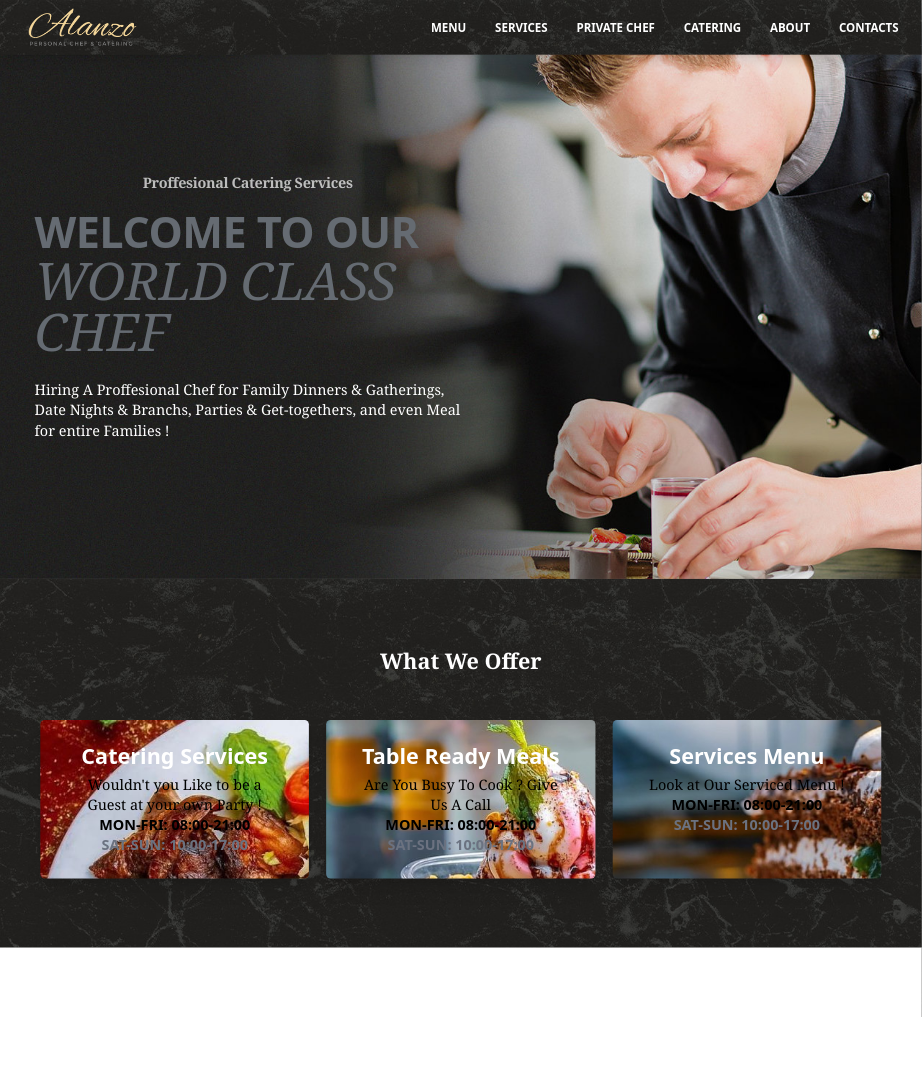
Repository: remydev47/alanzo
Page: /
The author's editor kept a copy of each file at every save. The page is drawn from the files as they stood at one save, then again after the next save.
The browser window is 1280 px wide. The pictures show the whole page, at 72% of full size.
The project was rebuilt for these pictures with package versions that can differ from the ones it lists, and the page was loaded fresh each time. The framework's server and built-in components were replaced by stand-ins that run in the browser. Also part of the build but not shown: next.config.js, components/Consulting.tsx, components/Catering.tsx, components/Menu.tsx, components/Testimonials.tsx, components/CTA.tsx, components/Footer.tsx.

Above is the page before, as saved 2022-12-17 12:20:16.

### pages/_app.tsx
import '../styles/globals.css'
import type { AppProps } from 'next/app'
import Navbar from '../components/Navbar'

function MyApp({ Component, pageProps }: AppProps) {
  return (
    <>

      <Component {...pageProps} />
    </>
  )
}

export default MyApp

### pages/index.tsx
import type { NextPage } from 'next'
import Head from 'next/head'
import Image from 'next/image'
import { Aboutus, Hero, Services } from '../components'
import Navbar from '../components/Navbar'


const Home: NextPage = () => {
  return (
    <div className="bg-[url('/images/bg_2.jpg')]">
      <Head>
        <title>Avantos</title>
        <link rel="icon" href="/favicon.ico" />
      </Head>
      <Navbar />
      <Hero />
      <Services />
      <Aboutus />

    </div>
  )
}

export default Home

### components/index.ts
import Hero from "./Hero";
import Services from "./Services";
import Aboutus from "./Aboutus";
import Consulting from "./Consulting";
import Catering from "./Catering";
import Menu from "./Menu";
import Testimonials from "./Testimonials";
import CTA from "./CTA";
import Footer from "./Footer";

export {
    Hero, Services, CTA, Catering, Consulting, Footer, Menu, Aboutus, Testimonials
}

### components/Navbar.tsx
import React from 'react';
import { navLinks } from '../constants';
import Menupopover from './Menupopover';
import Image from 'next/image';
import Logo from './Logo';
import { Button } from './Button';

const Navbar = () => {
  return (
    <header className="fixed inset-x-0 bg-[url('/images/bg_2.jpg')] z-20 flex justify-between items-center py-2 px-2 shadow-lg dark:bg-slate-900 sm:py-3 sm:px-8">
            <div className='flex grow-0 basis-1/3 md:hidden'>
                <Menupopover />
            </div>

             <div className='flex grow-0 ml-2 justify-center md:justify-start'>
                <Logo />

            </div>


            <ul className="list-none sm:flex hidden justify-end items-center flex-1">
            {navLinks.map((nav, index) => (
                <li
                key={nav.id}
                className={`font-bold cursor-pointer text-[16px]
                   ${index === navLinks.length - 1 ? 'mr-0' : 'mr-10'}
                  text-white `}
                >
                    <a>{nav.title}</a>
                </li>
            ))}
           </ul>


        </header>
  )
}

export default Navbar

### components/Hero.tsx
import React from 'react'

const Hero = () => {
  return (
    <section className='relative pt-48 pb-12 xl:pt-60 sm:pb-16 lg:pb-32 xl:pb-48 2xl:pb-56'>
    <div className="absolute inset-0">
     <img className="object-cover w-full h-full" src="/images/hero.jpg" alt="" />
    </div>
   <div className='relative'>
    <div className="px-6 mx-auto sm:px-8 lg:px-12 max-w-7xl">
      <div className="w-full lg:w-2/3 xl:w-1/2">
        <h1 className="font-serif text-xl font-bold tracking-tight text-white text-opacity-70 text-center">Proffesional Catering Services</h1>
        <p className="mt-6 tracking-tighter text-[#656b72]">
          <span className="font-sans font-bold text-6xl">WELCOME TO OUR </span><br />
          <span className="font-serif italic font-BOLD text-7xl">WORLD CLASS CHEF</span>
        </p>
        <p className="mt-8 font-erif text-xl font-serif text-[#fff]">
          Hiring A Proffesional Chef for Family Dinners & Gatherings, Date Nights & Branchs, Parties & Get-togethers, and even Meal for entire Families !
        </p>
      </div>
    </div>
   </div>
  </section>
  )
}

export default Hero

### components/Services.tsx
import React from 'react'
import styles from '../styles'

const Services = () => {
  return (
    <section className={`${styles.paddings} bg-[url('/images/bg_2.jpg')] sm:py-16 lg:py-24`}>
      <div className="px-4 mx-auto max-w-7xl sm:px-6 lg:px-8">
       <div className="max-w-2xl mx-auto text-center">
        <h2 className="text-xl font-bold font-serif leading-tight text-white lg:text-3xl">What We Offer</h2>
       </div>

       <div className="grid max-w-md grid-cols-1 gap-6 mx-auto mt-8 text-center lg:max-w-full lg:mt-16 lg:grid-cols-3">

        <div className="overflow-hidden bg-[url('/images/bg-3.jpg')] shadow-xl border-gray-300 rounded-md">
          <div className="p-8 xl:px-12 flex flex-col items-center justify-center">
             <div className='flex flex-col'>
               <h1 className='text-3xl font-semibold text-[#fff]'>Catering Services</h1>
             </div>
             <h2 className='font-normal text-xl font-serif text-black text-center mt-2'>
               Wouldn't you Like to be a Guest at your own Party !
             </h2>
             <p className='text-xl text-black text-center font-bold'>
               MON-FRI: 08:00-21:00
             </p>
             <p className='text-xl text-gray-500 text-center font-bold'>
               SAT-SUN: 10:00-17:00
             </p>
          </div>
        </div>

        <div className="overflow-hidden bg-[url('/images/bg-4.jpg')] shadow-xl border-gray-300 rounded-md">
          <div className="p-8 xl:px-12 flex flex-col items-center justify-center">
             <div className='flex flex-col'>
               <h1 className='text-3xl font-semibold text-[#fff]'>Table Ready Meals</h1>
             </div>
             <h2 className='font-normal text-xl font-serif text-black text-center mt-2'>
               Are You Busy To Cook ? Give Us A Call
             </h2>
             <p className='text-xl text-black text-center font-bold'>
               MON-FRI: 08:00-21:00
             </p>
             <p className='text-xl text-gray-500 text-center font-bold'>
               SAT-SUN: 10:00-17:00
             </p>
          </div>
        </div>

        <div className="overflow-hidden bg-[url('/images/bg-5.jpg')] shadow-xl border-gray-300 rounded-md">
          <div className="p-8 xl:px-12 flex flex-col items-center justify-center">
             <div className='flex flex-col'>
               <h1 className='text-3xl font-semibold text-[#fff]'>Services Menu</h1>
             </div>
             <h2 className='font-normal text-xl font-serif text-black text-center mt-2'>
               Look at Our Serviced Menu !
             </h2>
             <p className='text-xl text-black text-center font-bold'>
               MON-FRI: 08:00-21:00
             </p>
             <p className='text-xl text-gray-500 text-center font-bold'>
               SAT-SUN: 10:00-17:00
             </p>
          </div>
        </div>



       </div>
      </div>
    </section>
  )
}

export default Services

### components/Aboutus.tsx
import React from 'react'

const Aboutus = () => {
  return (
    <section className="py-6 bg-[#fff] sm:py-16 lg:py-24">

    </section>
  )
}

export default Aboutus

### constants/index.ts
export const navLinks =[
    {
        id:"menu",
        title:"MENU",
    },
    {
        id:"services",
        title:"SERVICES",
    },
    {
        id:"privatechef",
        title:"PRIVATE CHEF",
    },
    {
        id:"catering",
        title:"CATERING",
    },
    {
        id:"aboutus",
        title:"ABOUT",
    },
    {
        id:"contacts",
        title:"CONTACTS",
    },
]

### components/Menupopover.tsx
import React, {useState, Fragment} from 'react';
import { navLinks } from '../constants';
import { IconButton, Button } from './Button';
import { Transition, Dialog } from '@headlessui/react';
import Logo from './Logo';
import Image from 'next/image';

const Menupopover = () => {
  const [isOpen, setIsOpen] = useState(false)

  return (
    <div>
    <IconButton
      variant='ghost'
      aria-label='menu'
      onClick={() => setIsOpen(!isOpen)}
    >
      <svg className='w-6 h-6 ' fill='none' stroke='currentColor'>
        <path
          strokeLinecap='round'
          strokeLinejoin='round'
          strokeWidth={2}
          d='M4 6h16M4 12h16M4 18h16'
        />
      </svg>
    </IconButton>
    <Transition
      show={isOpen}
      appear
      as={Fragment}
      enter='transform transition ease-in-out duration-300'
      enterFrom='-translate-x-full'
      enterTo='translate-x-0'
      leave='transform transition ease-in-out duration-300 delay-200'
      leaveFrom='translate-x-0'
      leaveTo='-translate-x-full'
     >
     <Dialog
       as='div'
       className={`fixed inset-0 z-50`}
       onClose={setIsOpen}
       open={isOpen}
       >
       <Transition.Child
         as={Fragment}
         enter='ease-out duration-300 delay-300'
         enterFrom='opacity-0'
         enterTo='opacity-100'
         leave='ease-in duration-200'
         leaveFrom='opacity-100'
         leaveTo='opacity-0'
       >

        <Dialog.Overlay
          className={`fixed inset-0 bg-black/20 backdrop-blur-sm dark:bg-gray-900/80`}
         />
      </Transition.Child>
       <div className={styles.dialogcontainer}>
        <a className='mx-auto mt-4 flex w-[140px] '>
          <Logo />
        </a>
        <ul
            className={styles.navWrapper2}
         >
            {navLinks.map((nav, index) => (
                <li
                 key={nav.id}
                 className={` font-bold cursor-pointer text-[16px]
                  mt-2 border-t border-slate-200 py-4 dark:border-slate-600
                  ${index === navLinks.length - 1 ? 'mr-0' : 'mb-4'}
                  text-white `}
                >
                 <a href={`#${nav.id}`}>
                    {nav.title}
                 </a>
                </li>
             ))}
         </ul>

        <IconButton
          variant='ghost'
          aria-label='close menu'
          className='absolute top-5 right-5'
          onClick={() => setIsOpen(false)}
        >
          <svg
            viewBox='0 0 10 10'
            className='h-2.5 w-2.5 overflow-visible'
            aria-hidden='true'
          >
            <path
                d='M0 0L10 10M10 0L0 10'
                fill='none'
                stroke='currentColor'
                strokeWidth='2'
                strokeLinecap='round'
              />
          </svg>
        </IconButton>
       </div>
     </Dialog>
    </Transition>
  </div>
  )
}

export default Menupopover;

const styles ={
  dialogcontainer:`fixed top-0 bottom-0 left-0 w-full max-w-xs rounded-r-xl bg-[#092341] p-6 shadow-lg dark:bg-gray-800`,
  menuitems:`group relative flex h-9 items-center oveflow-hidden rounded-md hover:bg-slate-200/50`,
  navWrapper2:`list-none flex flex-col justify-end items-center flex-1`,
}

### components/Logo.tsx
import React from 'react'
import Image from 'next/image'

const Logo = () => {
  return (
    <div>
      <Image
        src='/images/logo.png'
        alt='Alanzo'
        height={60}
        width={150}
      />
    </div>
  )
}

export default Logo

### styles/index.ts
const styles = {
    innerWidth: '2xl:max-w-[1280px] w-full',
    interWidth: 'lg:w-[80%] w-[100%]',

    paddings: 'sm:p-16 xs:p-8 px-6 py-12',
    yPaddings: 'sm:py-16 xs:py-8 py-12',
    xPaddings: 'sm:px-16 px-6',
    topPaddings: 'sm:pt-16 xs:pt-8 pt-12',
    bottomPaddings: 'sm:pb-16 xs:pb-8 pb-12',

    flexCenter: 'flex justify-center items-center',
    flexStart: 'flex justify-start items-start',
    flexEnd: 'flex justify-end',
    navPadding: 'pt-[98px]',

    // hero section
    heroHeading:
        'font-bold lg:text-[144px] md:text-[100px] sm:text-[60px] text-[44px] lg:leading-[158.4px] md:leading-[114.4px] sm:leading-[74.4px] leading-[64.4px] uppercase text-white',
    heroDText:
        'md:w-[212px] sm:w-[80px] w-[60px] md:h-[108px] sm:h-[48px] h-[38px] md:border-[18px] border-[9px] rounded-r-[50px] border-white sm:mx-2 mx-[6px]',
  };

  export default styles;

### components/Button/index.tsx
import React, { forwardRef } from "react";
//import { __DEV__ } from "../../utils/assertions";

type BaseButtonProps = Omit<React.HTMLProps<HTMLButtonElement>, "size">;

/* === Button Element === */

export interface ButtonProps extends BaseButtonProps {
  children: React.ReactNode;
  fullWidth?: boolean;
  className?: string;
  variant?: "solid" | "outline" | "ghost";
  size?: "sm" | "md" | "lg";
  as?: string;
  isExternal?: boolean;
  type?: "button" | "submit" | "reset";
}

export const Button = forwardRef<HTMLButtonElement, ButtonProps>(
  (
    {
      children,
      variant = "solid",
      size = "md",
      fullWidth = false,
      className,
      as = "button",
      isExternal = false,
      ...rest
    },
    ref
  ) => {
    let tempClassNames: string[] = [];

    const sharedClasses = [
      "capitalize",
      "focus:outline-none",
      "focus:ring-2",
      "focus:ring-indigo-400",
      "focus:ring-offset-2",
      "focus:ring-offset-indigo-50",
      "font-semibold",
      "rounded-full",
      "inline-flex",
      "flex-shrink-0",
      "items-center",
      "justify-center",
      "transition-colors",
      "ease-in-out",
      "duration-500",
    ];

    if (fullWidth) sharedClasses.push("w-full");

    // handle variants
    let btnSolid = ["bg-indigo-600", "hover:bg-indigo-700", "text-white"];
    let btnOutline = [
      "dark:text-white",
      "hover:text-indigo-700",
      "hover:dark:text-indigo-700",
      "bg-transparent",
      "hover:bg-indigo-50",
      "border",
      "border-indigo-600",
    ];
    let btnGhost = [
      "bg-transparent",
      "dark:text-white",
      "hover:bg-indigo-50",
      "hover:text-indigo-700",
      "hover:dark:text-indigo-700",
    ];

    if (variant === "solid") {
      tempClassNames = [...sharedClasses, ...btnSolid];
    } else if (variant === "outline") {
      tempClassNames = [...sharedClasses, ...btnOutline];
    } else if (variant === "ghost") {
      tempClassNames = [...sharedClasses, ...btnGhost];
    }

    // handle sizes
    let sizeSm = ["h-8", "px-2", "text-sm"];
    let sizeMd = ["h-10", "px-3"];
    let sizeLg = ["h-12", "px-4", "text-lg"];

    if (size === "sm") {
      tempClassNames = [...tempClassNames, ...sizeSm];
    } else if (size === "md") {
      tempClassNames = [...tempClassNames, ...sizeMd];
    } else if (size === "lg") {
      tempClassNames = [...tempClassNames, ...sizeLg];
    }

    let classes = tempClassNames.join(" ");

    let Element = as ? (
      React.createElement(
        as,
        {
          className: `${classes} ${className}`,
          target: isExternal ? "_blank" : undefined,
          rel: isExternal ? "noopener noreferrer" : undefined,
          ref,
          ...rest,
        },
        children
      )
    ) : (
      <button {...rest} className={`${classes} ${className}`} ref={ref}>
        {children}
      </button>
    );

    return Element;
  }
);

// if (__DEV__) {
//   Button.displayName = "Button";
// }

/* === IconButton Element === */

export interface IconButtonProps extends ButtonProps {
  icon?: React.ReactElement;
  "aria-label": string;
}

export const IconButton = forwardRef<HTMLButtonElement, IconButtonProps>(
  (
    {
      children,
      icon,
      className,
      "aria-label": ariaLabel,
      size = "md",
      ...rest
    },
    ref
  ) => {
    let sharedClasses = ["rounded-full", "!px-0"];

    // handle sizes
    let sizeSm = ["w-8"];
    let sizeMd = ["w-10"];
    let sizeLg = ["w-12"];

    if (size === "sm") {
      sharedClasses = [...sharedClasses, ...sizeSm];
    } else if (size === "md") {
      sharedClasses = [...sharedClasses, ...sizeMd];
    } else if (size === "lg") {
      sharedClasses = [...sharedClasses, ...sizeLg];
    }

    /**
     * Passing the icon as prop or children should work
     */
    const element = icon || children;
    const _children = React.isValidElement(element)
      ? React.cloneElement(element as any, {
          "aria-hidden": true,
          focusable: false,
        })
      : null;

    let classes = sharedClasses.join(" ");
    return (
      <Button
        className={`${classes} ${className}`}
        aria-label={ariaLabel}
        size={size}
        {...rest}
        ref={ref}
      >
        {_children}
      </Button>
    );
  }
)

### tailwind.config.js
/** @type {import('tailwindcss').Config} */
module.exports = {
  content: [
    './pages/**/*.{js,ts,jsx,tsx}',
    './components/**/*.{js,ts,jsx,tsx}',
  ],
  theme: {
    extend: {
      backgroundImage: {
        'bg_2': "url('/images/bg_2.jpg')",
        'bg-3': "url('/images/bg-3.jpg')",
        'bg-4': "url('/images/bg-4.jpg')",
        'bg-5': "url('/images/bg-5.jpg')",
      },
      colors: {
        'primary-black': '#1A232E',
        'secondary-white': '#c7c7c7',
      },
    },
  },
  plugins: [],
}

Loaded but not shown: styles/globals.css (common file)

After the next save:
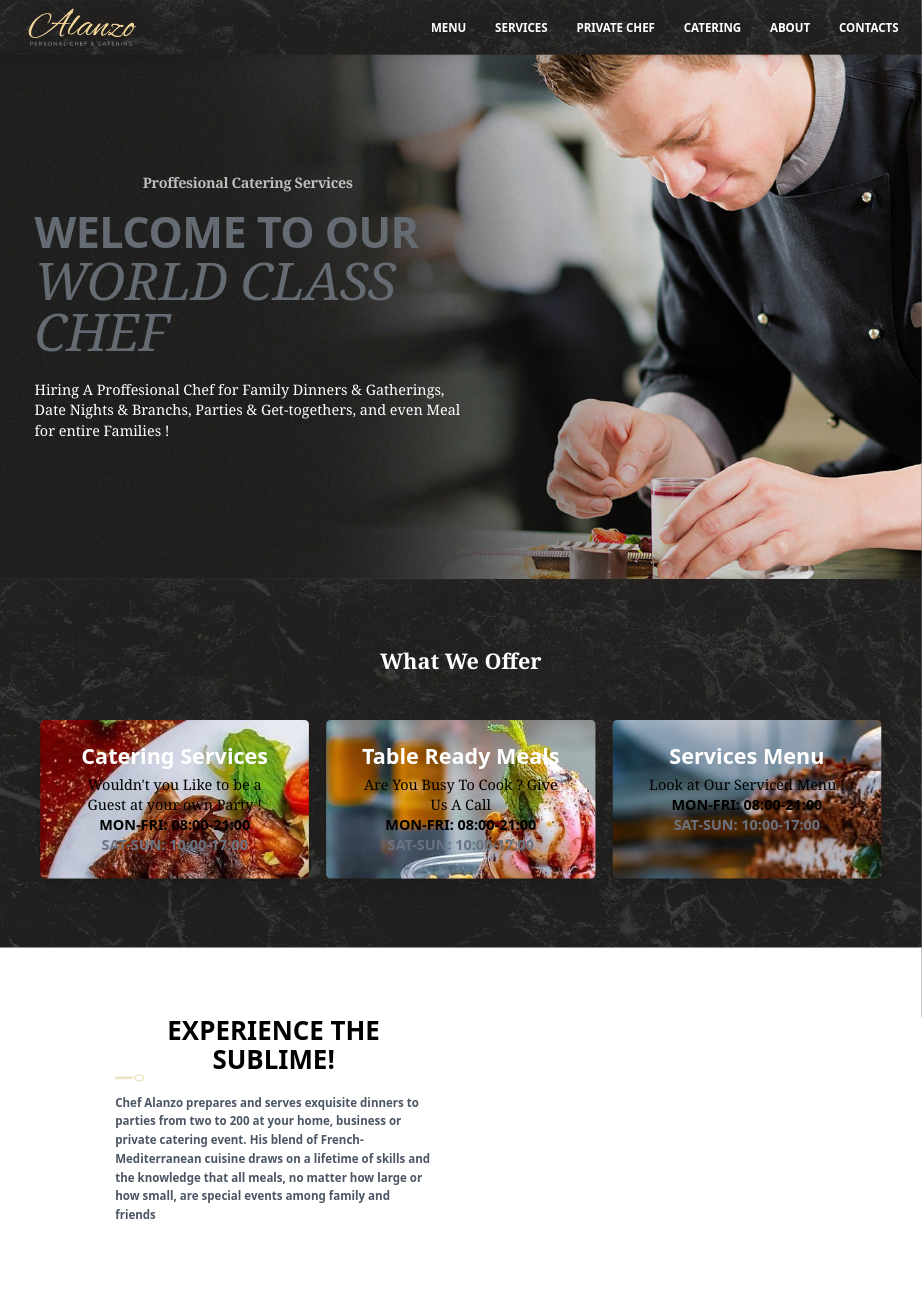
Saved 5 min 6 s later.
--- a/components/Aboutus.tsx
+++ b/components/Aboutus.tsx
@@ -3,7 +3,19 @@ import React from 'react'
 const Aboutus = () => {
   return (
     <section className="py-6 bg-[#fff] sm:py-16 lg:py-24">
-
+      <div className="max-w-5xl px-4 mx-auto sm:px-6 lg:px-8">
+       <div className="grid items-center grid-cols-1 gap-y-6 md:grid-cols-2 md:gap-x-20">
+          <div className="">
+                <h1 className='text-4xl font-semibold text-black text-center'>EXPERIENCE THE SUBLIME!</h1>
+                <h2 className="text-4xl font-bold leading-tight text-black sm:text-4xl lg:text-4xl">
+                  <img src='/images/spoon.png' />
+                </h2>
+                <p className="mt-4 text-base leading-relaxed text-gray-600 font-semibold">
+                Chef Alanzo prepares and serves exquisite dinners to parties from two to 200 at your home, business or private catering event. His blend of French-Mediterranean cuisine draws on a lifetime of skills and the knowledge that all meals, no matter how large or how small, are special events among family and friends
+                </p>
+          </div>
+       </div>
+      </div>
     </section>
   )
 }
